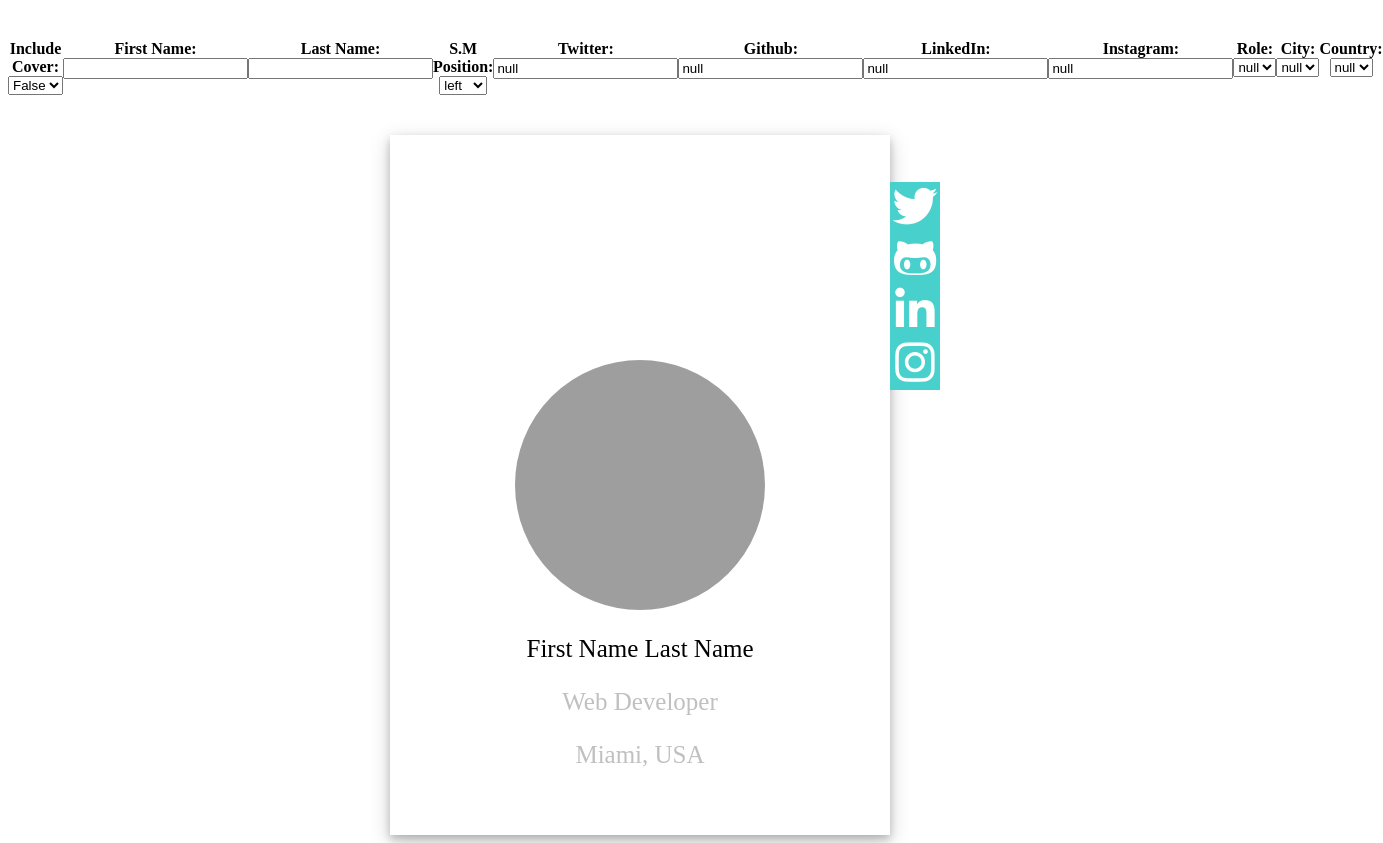
Repository: DJaye33/conditional-profile-card
Page: index.html
The author's editor kept a record of every edit. The page is drawn from the files as they stood at one moment, then again after the next edit.
The browser window is 1280 px wide. The page is 1383 px wide, so the pictures cover 1383 px, including what lies to the right of the window. The pictures show the whole page.
Pictures or frames that could not be fetched are drawn as grey boxes. Some web libraries are served in a nearby version.

Above is the page before.

### index.html
<!DOCTYPE html>
<html lang="en">

<head>
    <meta charset="UTF-8">
    <meta name="viewport" content="width=device-width, initial-scale=1.0">
    <meta http-equiv="X-UA-Compatible" content="ie=edge">
    <title>Conditional Profile Card</title>
    <script src="https://kit.fontawesome.com/d239cac0a2.js" crossorigin="anonymous"></script>
    <link rel="stylesheet" href="profileCard.css" type="text/css" />
</head>

<body>
    <div id='container'>

        <label for='cover-input'>
            Include Cover:
            <br />
            <select id='include-cover'>
                <option value='false'>False</option>
                <option value='true'>True</option>
            </select>
        </label>

        <label for='first-name'>
            First Name:
            <br />
            <input id='firstName' type='text' />
        </label>

        <label id='lastName' for='last-name'>
           Last Name:
            <br />
            <input type='text' />
        </label>

        <label for='cover-input'>
            S.M Position:
            <br />
            <select id='social-position'>
                <option value='left'>left</option>
                <option value='right'>right</option>
            </select>
        </label>

        <label for='twitter'>
           Twitter:
            <br />
            <input value='null' type='text' />
        </label>

        <label for='Github'>
           Github:
            <br />
            <input value='null' type='text' />
        </label>

        <label for='LinkedIn'>
           LinkedIn:
            <br />
            <input value='null' type='text' />
        </label>

        <label for='Instagram'>
           Instagram:
            <br />
            <input value='null' type='text' />
        </label>

        <label for='role'>
            Role:
            <br />
            <select>
                <option>null</option>
            </select>
        </label>

        <label for='city'>
            City:
            <br />
            <select>
                <option>null</option>
            </select>
        </label>

        <label for='country'>
            Country:
            <br />
            <select>
                <option>null</option>
            </select>
        </label>
    </div>

    <div id='card-body'>
        <div id='user-image'>
        </div>
        <section id='upper-half'></section>
        <section id='lower-half'>
            <div id='text-block'>
                <span id='firstNameEl'>First Name</span>
                <span id='lastNameEl'>Last Name</span>
                <p class='mute-text'>Web Developer</p>
                <p class='mute-text'>Miami, USA</p>
            </div>
            <ul id='social-links' class='right left'>
                <li><i class="fab fa-twitter"></i></li>

                <li><i class="fab fa-github-alt"></i></li>

                <li><i class="fab fa-linkedin-in"></i></li>

                <li><i class="fab fa-instagram"></i></li>
            </ul>

    </div>

    </section>

    <script src='profileCard.js'></script>
</body>

</html>

### profileCard.css
#container {
    display: flex;
    justify-content: space-around;
    margin-top: 40px;
    margin-bottom: 40px;
}

label {
    font-weight: bold;
    text-align: center;
}



#card-body {
    position: relative;
    background: white;
    margin: 0 auto;
    width: 500px;
    height: 700px;
    /*border-radius: 20px;*/
    box-shadow: 0 4px 8px 0 rgba(0, 0, 0, 0.2), 0 6px 20px 0 rgba(0, 0, 0, 0.19);
}

#user-image {
    background: url('https://images.unsplash.com/photo-1535713875002-d1d0cf377fde?ixlib=rb-1.2.1&ixid=eyJhcHBfaWQiOjEyMDd9&auto=format&fit=crop&w=500&q=60');
    background-size: contain;
    border: 5px solid white;
    border-radius: 50%;
    height: 250px;
    width: 250px;
    z-index: 99;
    position: absolute;
    margin: auto;
    top: 0;
    left: 0;
    right: 0;
    bottom: 0;
}

#upper-half {
    width: 100%;
    height: 50%;
}

.toggle-background {
    background: url('https://images.unsplash.com/photo-1570942872213-1242607a35eb?ixlib=rb-1.2.1&ixid=eyJhcHBfaWQiOjEyMDd9&auto=format&fit=crop&w=500&q=60') no-repeat;
    background-size: contain;

}

#lower-half {
    position: relative;
    background: white;
    width: 100%;
    height: 50%;
}

#text-block {
    font-size: 25px;
    margin: 0 auto;
    position: absolute;
    top: 0;
    left: 0;
    bottom: 0;
    right: 0;
    text-align: center;
    margin-top: 30%;
}

.mute-text {
    color: silver;
}

.right {
    position: relative;
    list-style-type: none;
    margin-left: 100%;
    padding: 0;
    bottom: 400px;
}

.left {
    position: absolute;
    list-style-image: none;

}

#social-links {
    background: #48D1CC;
    font-size: 45px;
    text-align: center;
    color: white;
    width: 10%;
}

### profileCard.js
const firstNameInput = document.getElementById('firstName');
const fistNameEl = document.getElementById('firstNameEl');
const lastNameInput = document.getElementById('lastName');
const lastNameEl = document.getElementById('lastNameEl');
const includeCover = document.querySelector('#include-cover');
const upperHalf = document.querySelector('#upper-half');
const socialPosition = document.querySelector('#social-position')
const socialLinks = document.querySelector('#social-links');

// console.log(socialLinks);

// ***** changes firstname on card on change *****//
firstNameInput.addEventListener('change', (event) => {
    fistNameEl.textContent = event.target.value;
})

// ***** changes last name on card on change ***** //
lastNameInput.addEventListener('change', (event) => {
    lastNameEl.textContent = event.target.value;
})

// ***** toggle background ***** //
includeCover.addEventListener('change', event => {
    if (event.target.value === 'true') {
        upperHalf.classList.add('toggle-background')
    }else if (event.target.value === 'false') {
        upperHalf.classList.remove('toggle-background')
    }
})

socialPosition.addEventListener('change', event => {
    const socialLink = socialLinks.classList;

    if (event.target.value === 'right') {
        socialLink.remove('left')
        socialLink.add('right')
    }
    else if (event.target.value === 'left') {
        socialLink.remove('right')
        socialLink.add('left');
    }
})

After the next edit:
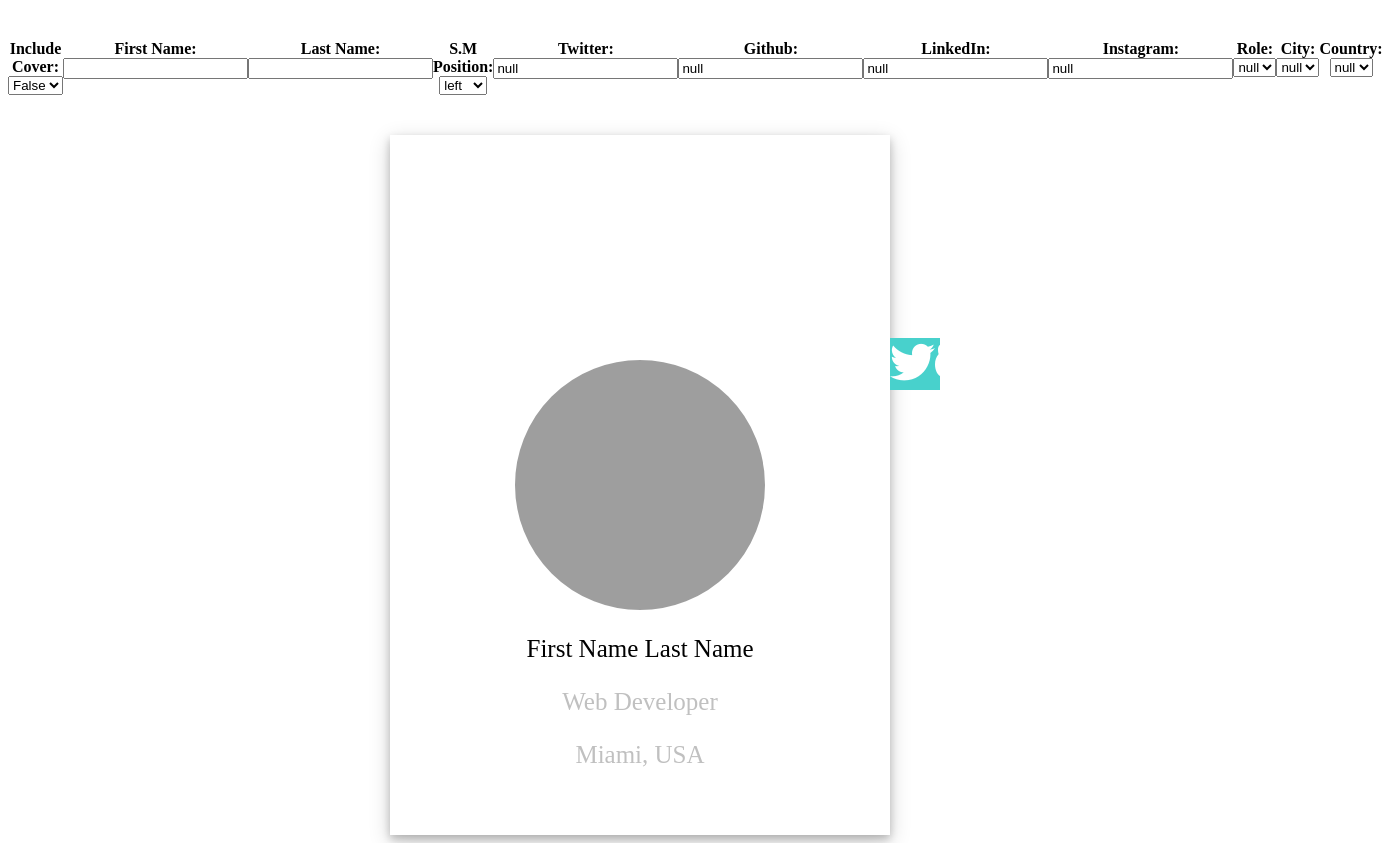
The edit:
--- a/profileCard.css
+++ b/profileCard.css
@@ -73,7 +73,8 @@
 }
 
 .right {
-    position: relative;
+    display: flex;
+    /*position: relative;*/
     list-style-type: none;
     margin-left: 100%;
     padding: 0;
